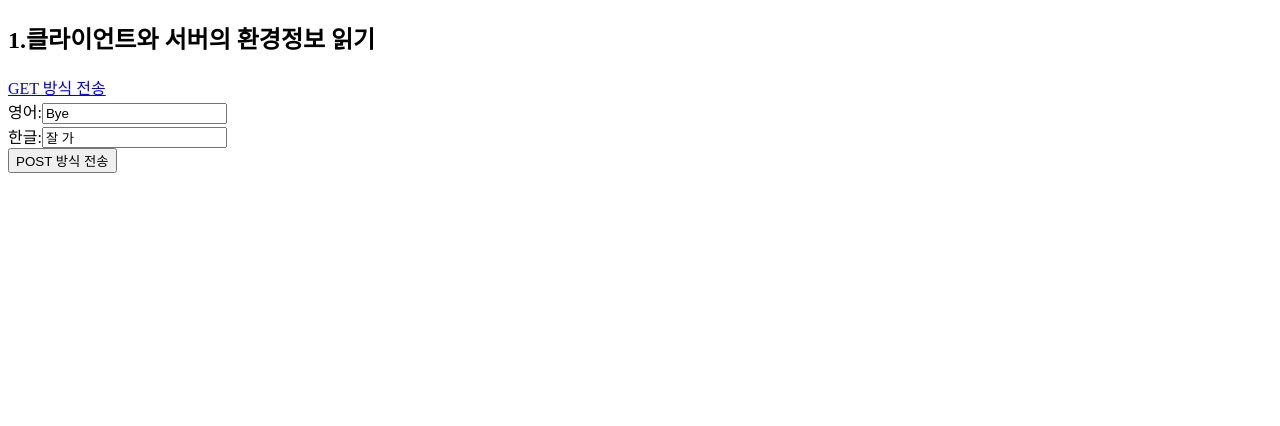
Repository: khs09/JSP_servelet
Page: http://localhost/MustHaveJSP/02ImplicitObject/RequestMain.jsp
An editor plug-in stored every save of this project. The page is shown before and after the next save, followed by the edit.
The browser window is 1280 px wide. The pictures show the whole page.
The page is served by Tomcat 10.

Above is the page before, as saved 2025-05-02 05:50:55.

After the next save:
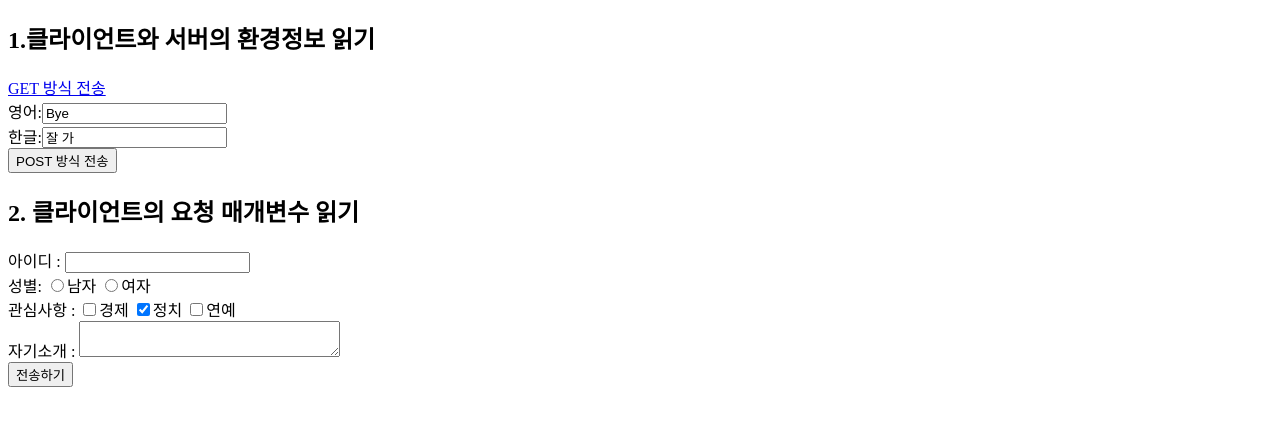
Saved 7 min 28 s later.
--- a/MustHaveJSP/src/main/webapp/02ImplicitObject/RequestMain.jsp
+++ b/MustHaveJSP/src/main/webapp/02ImplicitObject/RequestMain.jsp
@@ -17,5 +17,22 @@
 		한글:<input type="text" name="han" value="잘 가"/><br/>
 		<input type="submit" value="POST 방식 전송"/>
 		</form>
+
+	<h2>2. 클라이언트의 요청 매개변수 읽기</h2>
+	<form method= "post" action= "RequestParameter.jsp">
+		아이디 : <input type="text" name="id" value="" /><br/>
+		성별:
+		<input type="radio" name="sex" value="man" />남자
+		<input type="radio" name="sex" value="woman" checkes="checked" />여자
+		<br />
+		관심사항 :
+		<input type="checkbox" name="favo" value="eco"/>경제
+		<input type="checkbox" name="favo" value="pol" checked="checked"/>정치
+		<input type="checkbox" name="favo" value="ent"/>연예<br/>
+		자기소개 :
+		<textarea name= "intro" cols="30" row="4"></textarea>
+		<br/>
+		<input type= "submit" value="전송하기"/>
+	</form>
 </body>
 </html>
